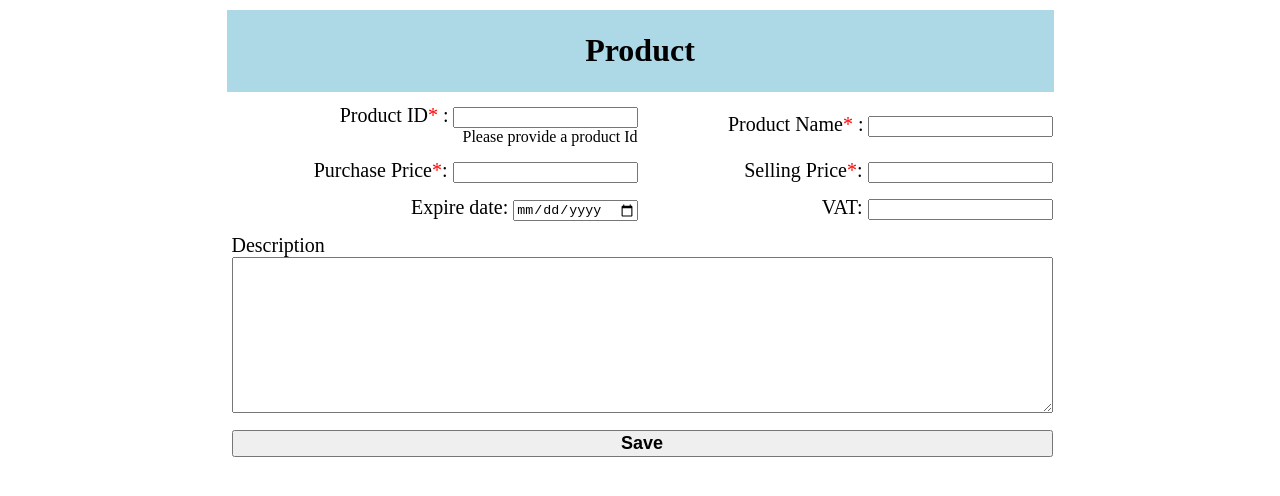
Repository: FatCat0712/JSP
Page: http://localhost/bai_22/saveproduct
These files come from the project's save history. The page is drawn as it stood at one moment and after the next save; the edit follows.
The browser window is 1280 px wide. The pictures show the whole page.
The page is served by Tomcat 9.

Above is the page before, as saved 2024-04-23 11:14:40.

### bai_22/src/main/webapp/product.jsp
<%@ page language="java" contentType="text/html; charset=UTF-8"
    pageEncoding="UTF-8"%>
<!DOCTYPE html>
<html>
<head>
<meta charset="UTF-8">
<title>Product</title>
<style>
	.note{
		color: red;
	}
	label {
		font-size: 20px;
	}
	td{
		padding-top: 10px;
		text-align: right;
		padding-left: 5px;
	}

</style>
</head>
<body>
<%
	String e_productId = request.getAttribute("e_productId")+"";

	String value_productId = request.getAttribute("value_productId")+"";
	String value_productName = request.getAttribute("value_productName")+"";
	String value_sellingPrice = request.getAttribute("value_sellingPrice")+"";
	String value_purchasePrice = request.getAttribute("value_puchasePrice")+"";
	String value_expireDate = request.getAttribute("value_expireDate")+"";
	String value_vat = request.getAttribute("value_vat")+"";
	String value_description = request.getAttribute("value_description")+"";

 %>


<form action="saveproduct" method="get" id="saveform">
	<table style="margin-left: auto; margin-right: auto">
			<tr style="background-color: lightblue">
				<th style="text-align: center; align-content: center;" colspan="2"><h1>Product</h1></th>
			</tr>
			<tr>
				<td>
				 	<label for="productid">Product ID<span class="note">*</span> :</label>
				 	<input type="text" name="productid" id="productid" value="<%=value_productId.equals("null")?"":value_productId%>" required/>
				 	<div id="error_productid"></div>
				 	<div class="rq"><%= e_productId==null?"":e_productId %></div>
				</td>

				<td>
					<label for="productname">Product Name<span class="note">*</span> :</label>
					<input type="text" name="productname" id="productname" value="<%=value_productName.equals("null")?"":value_productName %>" required/>
					<div id="error_productname"></div>
				</td>

			</tr>

			<tr>
				<td>
					<label for="purchaseprice">Purchase Price<span class="note">*</span>: </label>
					<input type="number" step="0.01" id="purchaseprice" name="purchaseprice" value="<%=value_purchasePrice.equals("null")?"":value_purchasePrice %>"/>
					<div id="error_purchaseprice"></div>
				</td>

				<td>
					<label for="sellingprice">Selling Price<span class="note">*</span>: </label>
					<input type="number" step="0.01" id="sellingprice" name="sellingprice" value="<%=value_sellingPrice.equals("null")?"":value_sellingPrice %>"/>
					<div id="error_sellingprice"></div>
				</td>
			</tr>

			<tr>
				<td style="padding-left: 50px">
					<label>Expire date: </label>
					<input type="date" id="expiredate" name="expiredate" value="<%=value_expireDate.equals("null")?"":value_expireDate %>"/>
				</td>

				<td>
					<label>VAT: </label>
					<input type="number" id="vat" name="vat" value="<%=value_vat.equals("null")?"":value_vat %>"/>
				</td>
			</tr>

			<tr>
				<td colspan="2">
					<div style="text-align: left">
						<label>Description</label>
					</div>
					<textarea rows="10" cols="100" name="description" placeholder=<%=value_description.equals("null")?"": value_description %>></textarea>
				</td>
			</tr>

			<tr>
				<td colspan="2">
					<input type="button" value="Save" style="font-weight: bold; font-size: 18px; width: 100%" onclick="checkValid()"/>
				</td>

			</tr>


	</table>
</form>
<script src="script/checkValidation.js"></script>
</body>
</html>

### bai_22/src/main/java/controller/SaveProduct.java
package controller;

import java.io.IOException;

import javax.servlet.RequestDispatcher;
import javax.servlet.ServletException;
import javax.servlet.annotation.WebServlet;
import javax.servlet.http.HttpServlet;
import javax.servlet.http.HttpServletRequest;
import javax.servlet.http.HttpServletResponse;

/**
 * Servlet implementation class SaveProduct
 */
@WebServlet("/saveproduct")
public class SaveProduct extends HttpServlet {
	private static final long serialVersionUID = 1L;

    /**
     * @see HttpServlet#HttpServlet()
     */
    public SaveProduct() {
        super();
        // TODO Auto-generated constructor stub
    }

	/**
	 * @see HttpServlet#doGet(HttpServletRequest request, HttpServletResponse response)
	 */
	protected void doGet(HttpServletRequest request, HttpServletResponse response) throws ServletException, IOException {

		String productId = request.getParameter("productid");
		String productName = request.getParameter("productname");
		String sellingPrice = request.getParameter("sellingprice");
		String purchasePrice = request.getParameter("purchaseprice");
		String expireDate = request.getParameter("expiredate");
		String vat = request.getParameter("vat");
		String description = request.getParameter("description");

		String e_productId = "";
		if(productId == null || productId.trim().length() == 0) {
			e_productId = "Please provide a product Id";
		}
		else if(productId.equals("123")) {
			e_productId = "ProductId is exist. Try another one";
		}

		//create an attribute to send back to client if error exists
		request.setAttribute("e_productId", e_productId);

		// forward receive values back to client
		request.setAttribute("value_productId", productId);
		request.setAttribute("value_productName", productName);
		request.setAttribute("value_sellingPrice", sellingPrice);
		request.setAttribute("value_purchasePrice", purchasePrice);
		request.setAttribute("value_expireDate", expireDate);
		request.setAttribute("value_vat", vat);
		request.setAttribute("value_description", description);



		//default destination page
		String url = "/success.jsp";

		//if there is an error redirect to product page
		if(e_productId.length() > 0) {
			url = "/product.jsp";
		}

		// forward the request
		RequestDispatcher rd = getServletContext().getRequestDispatcher(url);
		rd.forward(request, response);
	}

	/**
	 * @see HttpServlet#doPost(HttpServletRequest request, HttpServletResponse response)
	 */
	protected void doPost(HttpServletRequest request, HttpServletResponse response) throws ServletException, IOException {
		// TODO Auto-generated method stub
		doGet(request, response);
	}

}

### bai_22/src/main/webapp/script/checkValidation.js
/**
 *
 */

 function checkValid(){

	let productId = document.getElementById("productid").value;
	let sellingPrice = document.getElementById("sellingprice").value;
	let purchasePrice = document.getElementById("purchaseprice").value;
	let productName = document.getElementById("productname").value;

	//check if product id is valid
	if(productId.length == 0){
		let error_productid = document.getElementById("error_productid");
		error_productid.innerHTML = "<span class='note'>Please enter the product id</span>"
	}

	// check if selling price is valid
	if(sellingPrice <= 0){
		let error_sellingprice = document.getElementById("error_sellingprice");
		error_sellingprice.innerHTML = "<span class='note'>Please enter a selling price</span>";
	}

	// check if purhcase price is valid
	if(purchasePrice <= 0){
		let error_purchaseprice = document.getElementById("error_purchaseprice");
		error_purchaseprice.innerHTML = "<span class='note'>Please enter a purchase price</span>"
	}

	// check if product name is valid
	if(productName.length == 0){
		let error_productname = document.getElementById("error_productname");
		error_productname.innerHTML = "<span class='note'>Please enter product name</span>"
	}
	else{
		//Submit form
		let saveform = document.getElementById("saveform");
		saveform.submit();
	}

 }

After the next save:
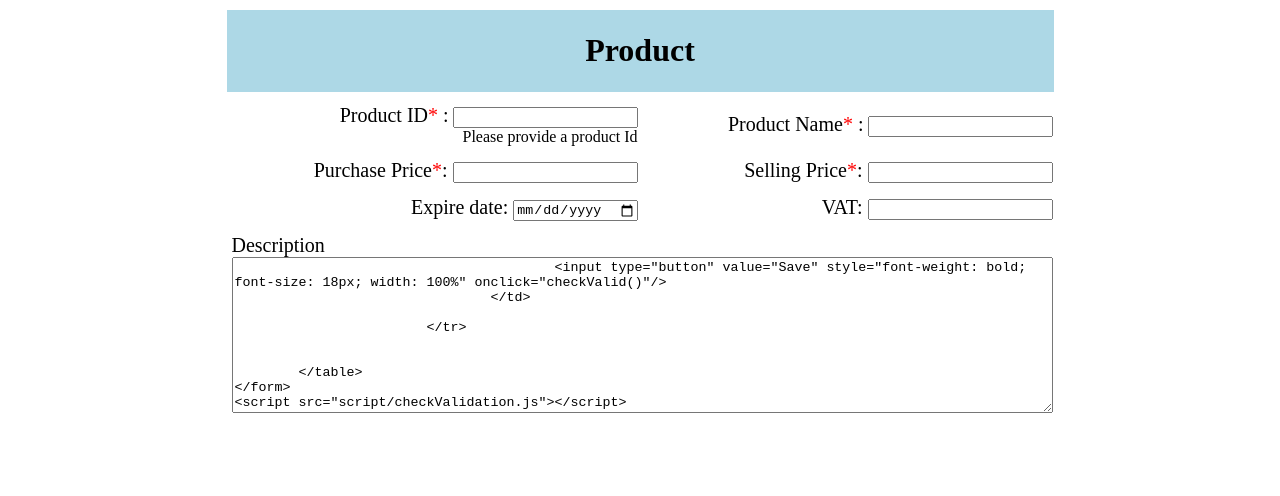
Saved 5 s later.
--- a/bai_22/src/main/webapp/product.jsp
+++ b/bai_22/src/main/webapp/product.jsp
@@ -87,7 +87,7 @@
 					<div style="text-align: left">
 						<label>Description</label>
 					</div>
-					<textarea rows="10" cols="100" name="description" placeholder=<%=value_description.equals("null")?"": value_description %>></textarea>
+					<textarea rows="10" cols="100" name="description" placeholder="<%=value_description.equals("null")?"": value_description %>></textarea>
 				</td>
 			</tr>
 

After the save that followed:
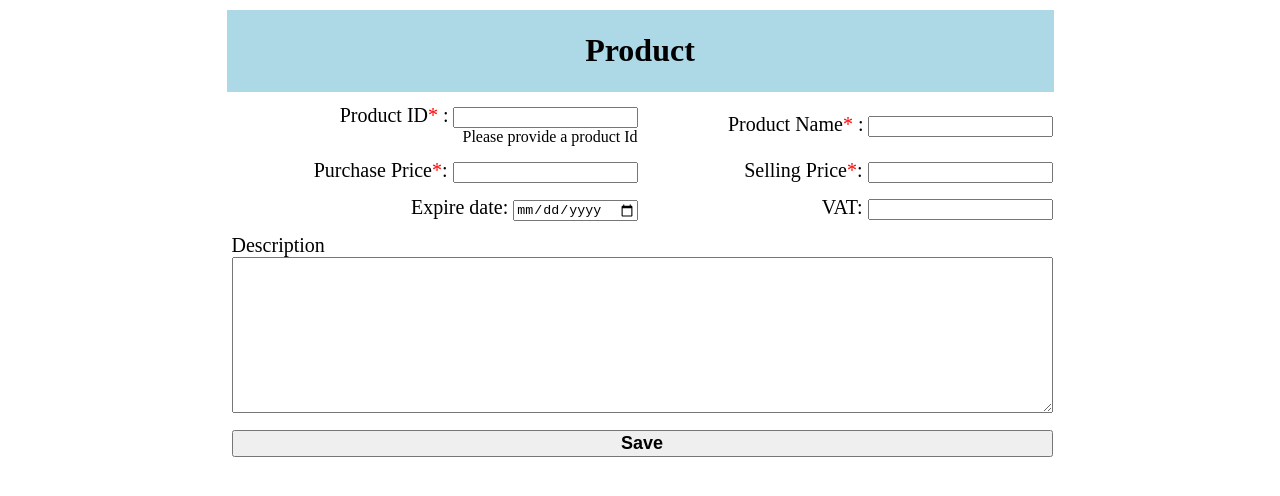
Saved 5 s later.
--- a/bai_22/src/main/webapp/product.jsp
+++ b/bai_22/src/main/webapp/product.jsp
@@ -87,7 +87,7 @@
 					<div style="text-align: left">
 						<label>Description</label>
 					</div>
-					<textarea rows="10" cols="100" name="description" placeholder="<%=value_description.equals("null")?"": value_description %>></textarea>
+					<textarea rows="10" cols="100" name="description" placeholder="<%=value_description.equals("null")?"": value_description %>"></textarea>
 				</td>
 			</tr>
 
